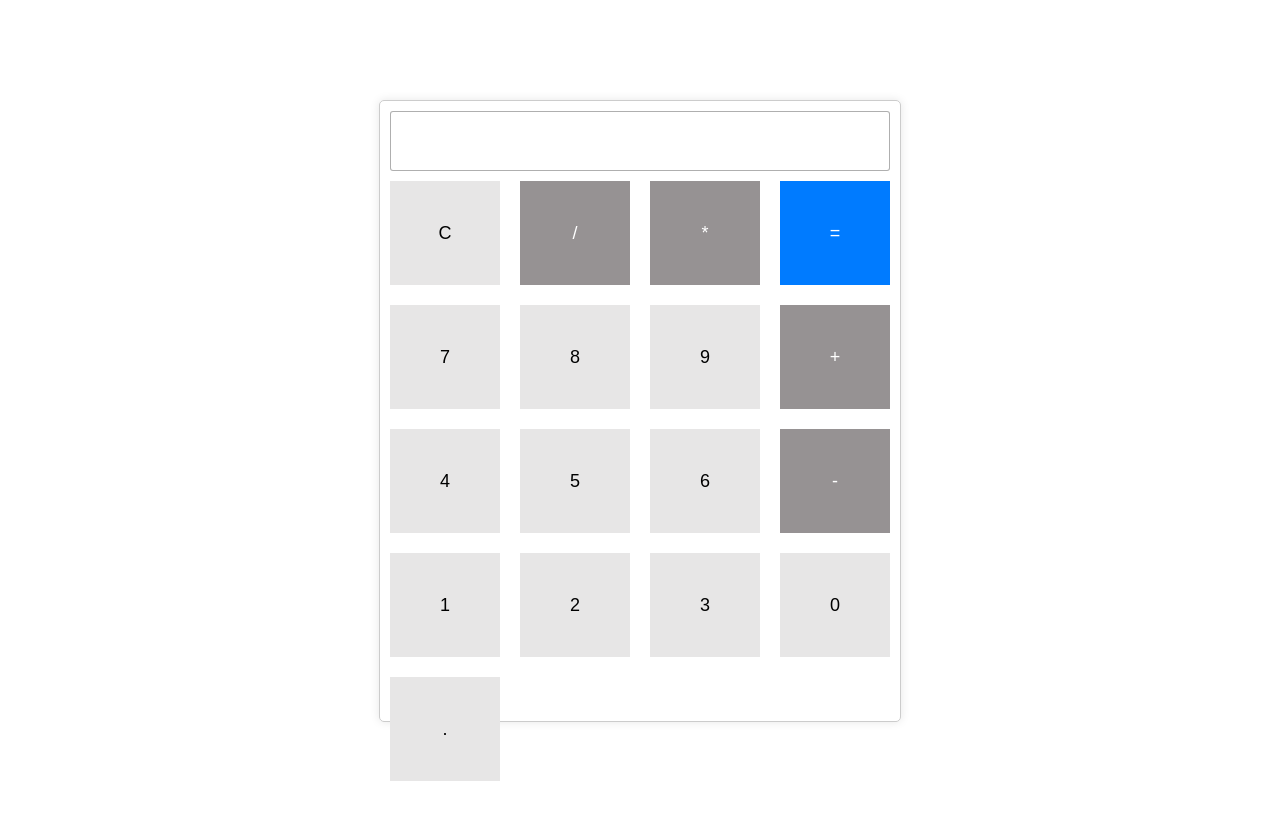
Repository: om9011/calculator
Page: index.html
The author's editor kept a copy of each file at every save. The page is drawn from the files as they stood at one save, then again after the next save.
The browser window is 1280 px wide. The pictures show the whole page.

Above is the page before, as saved 2024-02-21 11:18:26.

### index.html
<!DOCTYPE html>
<html lang="en">
<head>
  <meta charset="UTF-8">
  <meta name="viewport" content="width=device-width, initial-scale=1.0">
  <title>Calculator</title>
  <link rel="stylesheet" href="styles.css">
</head>
<body>
  <div class="calculator">
    <input type="text" id="display" readonly>
    <div class="buttons">
      <button onclick="clearDisplay()">C</button>
      <button class="operator" onclick="appendToDisplay('/')">/</button>
      <button class="operator" onclick="appendToDisplay('*')">*</button>
      <button class="calculate" onclick="calculate()">=</button>

      <button onclick="appendToDisplay('7')">7</button>
      <button onclick="appendToDisplay('8')">8</button>
      <button onclick="appendToDisplay('9')">9</button>
      <button class="operator" onclick="appendToDisplay('+')">+</button>

      <button onclick="appendToDisplay('4')">4</button>
      <button onclick="appendToDisplay('5')">5</button>
      <button onclick="appendToDisplay('6')">6</button>
      <button class="operator" onclick="appendToDisplay('-')">-</button>

      <button onclick="appendToDisplay('1')">1</button>
      <button onclick="appendToDisplay('2')">2</button>
      <button onclick="appendToDisplay('3')">3</button>
      <button onclick="appendToDisplay('0')">0</button>

      <button onclick="appendToDisplay('.')">.</button>
    </div>
  </div>
  <script src="script.js"></script>
</body>
</html>

### styles.css
.calculator {
  width: 500px;
  height: 600px;
  margin: 100px auto;
  border: 1px solid #ccc;
  padding: 10px;
  border-radius: 5px;
  box-shadow: 0 0 10px rgba(0, 0, 0, 0.1);
}

#display {
  width: calc(100% - 12px);
  height: 48px;
  margin-bottom: 10px;
  padding: 5px;
  font-size: 20px;
  border: 1.5px solid rgba(77, 77, 77, 0.447)  ;
  border-radius: 3px;
  outline: none;
}

.buttons {
  display: grid;
  grid-template-columns: repeat(4, 1fr);
  gap: 20px;
  height: 100%;
}

button {
  padding: 15px;
  font-size: 18px;
  border: none;
  outline: none;
  cursor: pointer;
  background-color: #e7e6e6;
  transition: background-color 0.3s ease;
}

button:hover {
  background-color: #e9ecef;
  color: black;
}

.operator {
  background-color: #969293;
  color: #fff;
}

.calculate {
  background-color: #007bff;
  color: #fff;
}

### script.js
function appendToDisplay(value) {
    document.getElementById('display').value += value;
  }

  function clearDisplay() {
    document.getElementById('display').value = '';
  }

  function calculate() {
    var display = document.getElementById('display');
    try {
      display.value = eval(display.value);
    } catch (error) {
      display.value = 'Error';
    }
  }

After the next save:
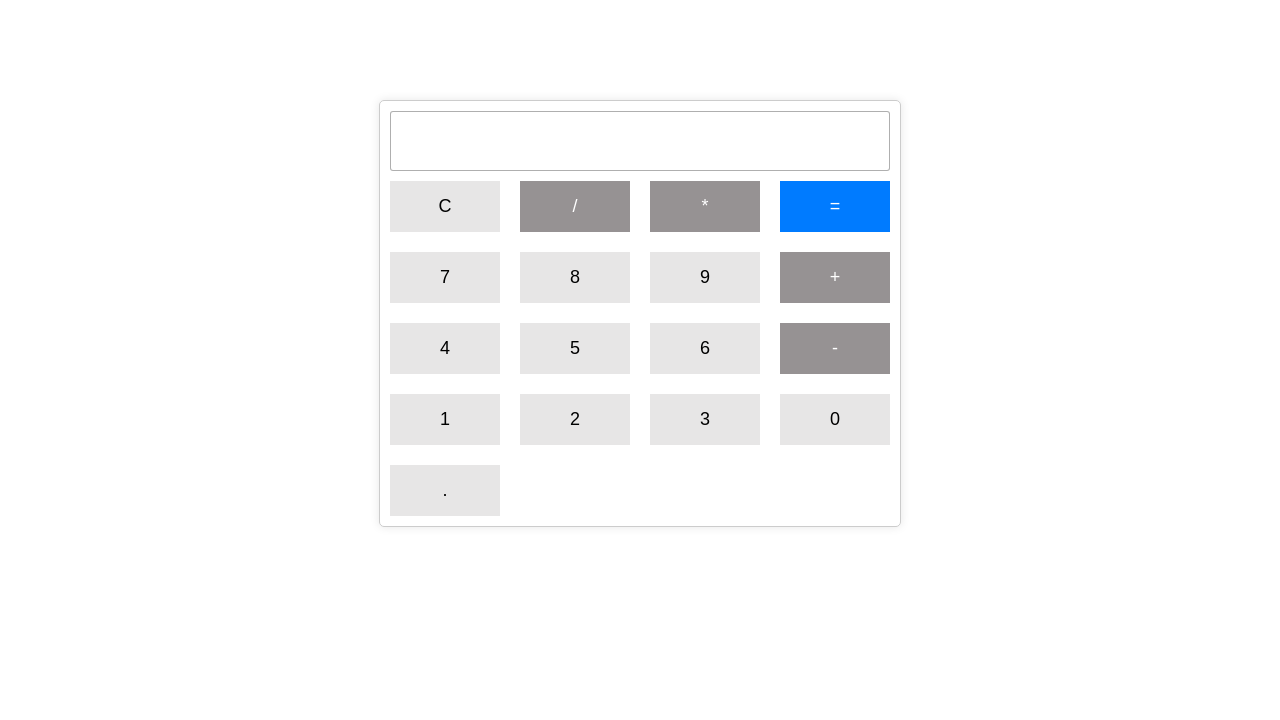
Saved 7 s later.
--- a/styles.css
+++ b/styles.css
@@ -1,6 +1,5 @@
 .calculator {
   width: 500px;
-  height: 600px;
   margin: 100px auto;
   border: 1px solid #ccc;
   padding: 10px;
